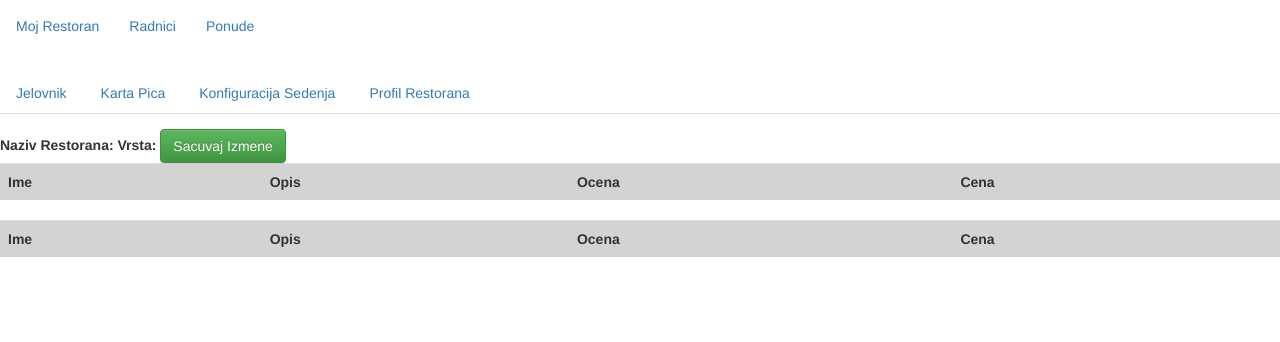
Repository: milanadam94/ISA-2016
Page: jpa-example/src/main/webapp/RestaurantManager/RestaurantManager.html
The author's editor kept a copy of each file at every save. The page is drawn from the files as they stood at one save, then again after the next save.
The browser window is 1280 px wide. The pictures show the whole page.
Some web libraries are served in a nearby version.

Above is the page before, as saved 2017-02-22 20:36:04.
Console error: TypeError: $.cookie is not a function

### jpa-example/src/main/webapp/RestaurantManager/RestaurantManager.html
<!DOCTYPE html>
<html>
<head>
<meta charset="ISO-8859-1">
<title>Menadzer Restorana</title>

<!-- JQUERY -->
<script src="https://code.jquery.com/jquery-3.1.1.js" integrity="sha256-16cdPddA6VdVInumRGo6IbivbERE8p7CQR3HzTBuELA=" crossorigin="anonymous"></script>

<!-- BOOTSTRAP CSS -->
<link rel="stylesheet" href="https://maxcdn.bootstrapcdn.com/bootstrap/3.3.7/css/bootstrap.min.css" integrity="sha384-BVYiiSIFeK1dGmJRAkycuHAHRg32OmUcww7on3RYdg4Va+PmSTsz/K68vbdEjh4u" crossorigin="anonymous">

<!-- BOOTSTRAP THEME -->
<link rel="stylesheet" href="https://maxcdn.bootstrapcdn.com/bootstrap/3.3.7/css/bootstrap-theme.min.css" integrity="sha384-rHyoN1iRsVXV4nD0JutlnGaslCJuC7uwjduW9SVrLvRYooPp2bWYgmgJQIXwl/Sp" crossorigin="anonymous">

<!-- BOOTSTRAP JS -->
<script src="https://maxcdn.bootstrapcdn.com/bootstrap/3.3.7/js/bootstrap.min.js" integrity="sha384-Tc5IQib027qvyjSMfHjOMaLkfuWVxZxUPnCJA7l2mCWNIpG9mGCD8wGNIcPD7Txa" crossorigin="anonymous"></script>

<!-- ANGULAR JS -->
<script src="https://ajax.googleapis.com/ajax/libs/angularjs/1.6.1/angular.js"></script>

<!-- TOASTR -->
<!-- <script src="https://cdnjs.cloudflare.com/ajax/libs/toastr.js/latest/css/toastr.css"></script> -->

</head>
<body ng-app="restManager" ng-controller="restManagerController">
	<nav id="myNavbar" class="navbar">
		<ul class="nav navbar-nav">
			<li><a href="RestaurantManager.html" ng-click="getMyRestaurant()">Moj Restoran</a></li>
			<li><a href="#" ng-click="">Radnici</a></li>
			<li><a href="#" ng-click="">Ponude</a></li>
		</ul>
	</nav>
	<div>
		<div class="form-group">
			<ul class="nav nav-tabs">
				<li><a ng-click="">Jelovnik</a>
				<li><a ng-click="">Karta Pica</a>
				<li><a ng-click="">Konfiguracija Sedenja</a>
				<li><a ng-click="">Profil Restorana</a>
			</ul>
		</div>
		<div id="profilDiv" ng-show="">
			<label>Naziv Restorana: </label>
			<label>Vrsta: </label>
			<button type="submit" class="btn btn-success" ng-click="">Sacuvaj Izmene</button>
		</div>
		<div id="jelovnikDiv" ng-show="">
			<table class="table">
				<tr bgcolor="lightgrey">
					<th>Ime</th>
					<th>Opis</th>
					<th>Ocena</th>
					<th>Cena</th>
				</tr>
				<!--
					<tr ng-repeat="m in managers | orderBy:'name'">
					<td> {{ m.name }} </td>
					<td> {{ m.lastName }} </td>
					<td> {{ m.email }} </td>
				</tr> -->
			</table>
		</div>
		<div id="picaDiv" ng-show="">
			<table class="table">
				<tr bgcolor="lightgrey">
					<th>Ime</th>
					<th>Opis</th>
					<th>Ocena</th>
					<th>Cena</th>
				</tr>
				<!--
					<tr ng-repeat="m in managers | orderBy:'name'">
					<td> {{ m.name }} </td>
					<td> {{ m.lastName }} </td>
					<td> {{ m.email }} </td>
				</tr> -->
			</table>
		</div>

		<div id="konfiguracijaDiv">

		</div>

	</div>
</body>

<!-- ANGULAR SCRIPT -->
<script src="RestaurantManager.js"></script>




</html>

### jpa-example/src/main/webapp/RestaurantManager/RestaurantManager.js
angular.element(document).ready(function () {
    console.log('page loading completed');
});
var restManager = angular.module('restManager', []).config(['$qProvider', '$httpProvider', function ($qProvider, $httpProvider)  {
    $qProvider.errorOnUnhandledRejections(false);

}]).run(['$rootScope', '$http', '$window', function ($rootScope, $http, $window) {

	//namestiti dole u funckcijama gde treba user.email kada se ovo namesti!
	if (typeof $.cookie('user') !== 'undefined') {
		user = JSON.parse($.cookie('user'));

		if(user.userType == "GUEST") {
			$window.location.href = "/GuestPage/GuestPage.html";
		}else if(user.userType == "WAITER"){
			$window.location.href = "/WorkerPage/WaiterPage.html";
		}else if(user.userType == "BARTENDER"){
			$window.location.href = "/WorkerPage/BartenderPage.html";
		}else if(user.userType == "COOK"){
			$window.location.href = "/WorkerPage/CookPage.html";
		}else if(user.userType == "OFFERER"){
			$window.location.href = "/Offerer/Offerer.html";
		}
	}



}]);



restManager.controller('restManagerController', [ '$scope', 'konfService', 'drinkService', 'restaurantInfoService', 'foodService','canvasService', function($scope, konfService, drinkService, restaurantInfoService, foodService, canvasService ){
	toastr.options.timeOut = 2000;
	$scope.newFood = {
			name: "",
			description: "",
			price: 0
	}

	$scope.newDrink = {
			name: "",
			description: "",
			price: 0
	}



	findUser = function(){
		restaurantInfoService.findRestaurantManager().then(
				function(response){
					$scope.user = response.data;

				}

		);
	}

	findUser();

	setShows = function(profilShow, picaShow, jelovnikShow, konfiguracijaShow){
		$scope.profilShow = profilShow;
		if(profilShow){
			$scope.restoranActive = "active";
		}else{
			$scope.restoranActive = "";
		}
		$scope.picaShow = picaShow;

		if(picaShow){
			$scope.kartaPicaActive = "active";
		}else{
			$scope.kartaPicaActive = "";
		}

		$scope.jelovnikShow = jelovnikShow;
		if(jelovnikShow){
			$scope.jelovnikActive = "active";
		}else{
			$scope.jelovnikActive = "";
		}

		$scope.konfiguracijaShow = konfiguracijaShow;
		if(konfiguracijaShow){
			$scope.konfiguracijaActive = "active";
		}else{
			$scope.konfiguracijaActive = "";
		}

	}
	setShows(false,false,false,false);

	$scope.error = false;
	$scope.errorMessage = "";

	restaurantInfoService.getRestaurant().then(
			function(response){
				$scope.restaurant = response.data;

				if(response.data.name == null){
					toastr.error("Restoran nije pronadjen!");
				}
			}
	);


	$scope.getRestaurant = function() {
			if($scope.restaurant.name != null){
				setShows(true, false, false, false);
			}else{
				toastr.error("Restoran nije pronadjen!");
			}

	}


	$scope.getFoods = function(){

		if($scope.restaurant == null || $scope.user.email == null){
			toastr.info("Restoran nije pronadjen");
			return;
		}

		restaurantInfoService.getMenu($scope.user, $scope.restaurant).then(
				function(response){

					if(response.data != null){
						setShows(false, false, true, false);
						$scope.menu = response.data;
					}else{
						toastr.error("Meni nije pronadjen!");
					}

				}
		);

	}

	$scope.changeFood = function(foodID){
		selectedFood = "";

		angular.forEach($scope.menu.foods, function(value){
			if(value.id == foodID){
				selectedFood = value;
			}

		})

		if(selectedFood.name == "" || selectedFood.price < 0 || $scope.restaurant == null){
			toastr.info("Ime ne sme biti prazno. Cena ne sme biti manja od 0");
			return;
		}

		foodService.saveChanges(selectedFood, $scope.menu);

	}


	$scope.addFood = function(){

		if($scope.newFood.name == "" || $scope.newFood.price < 0 || $scope.restaurant == null){
			toastr.info("Ime ne sme biti prazno i cena ne sme biti manja od 0!");
			return;
		}

		foodService.addFood($scope.newFood, $scope.menu);
		restaurantInfoService.getMenu($scope.user, $scope.restaurant).then(
				function(response){

					if(response.data != null){
						$scope.menu = response.data;
						location.reload();
					}else{
						toastr.error("Meni nije pronadjen!");
					}

				}
			);


	}


	$scope.deleteFood = function(foodID){

		foodService.deleteFood(foodID, $scope.menu);
		restaurantInfoService.getMenu($scope.user, $scope.restaurant).then(
			function(response){

				if(response.data != null){
					$scope.menu = response.data;
					location.reload();
				}else{
					toastr.error("Meni nije pronadjen!");
				}

			}
		);


	}



	$scope.getDrinks = function(){

		if($scope.restaurant == null || $scope.user.email == null){
			toastr.info("Restoran nije pronadjen");
			return;
		}

		restaurantInfoService.getMenu($scope.user, $scope.restaurant).then(
				function(response){

					if(response.data != null){
						setShows(false, true, false, false);
						$scope.menu = response.data;
					}else{
						toastr.error("Meni nije pronadjen!");
					}

				}
		);

	}


	$scope.addDrink = function(){

		if($scope.newDrink.name == "" || $scope.newDrink.price < 0 || $scope.restaurant == null){
			toastr.info("Ime ne sme biti prazno i cena ne sme biti manja od 0!");
			return;
		}

		drinkService.addDrink($scope.newDrink, $scope.menu);
		restaurantInfoService.getMenu($scope.user, $scope.restaurant).then(
				function(response){

					if(response.data != null){
						$scope.menu = response.data;
						location.reload();
					}else{
						toastr.error("Meni nije pronadjen!");
					}

				}
			);
	}

	$scope.changeDrink = function(drinkID){
		selectedDrink = "";

		angular.forEach($scope.menu.drinks, function(value){
			if(value.id == drinkID){
				selectedDrink = value;
			}

		})

		if(selectedDrink.name == "" || selectedDrink.price < 0 || $scope.restaurant == null){
			toastr.info("Ime ne sme biti prazno. Cena ne sme biti manja od 0");
			return;
		}

		drinkService.saveChanges(selectedDrink, $scope.menu);

	}

	$scope.deleteDrink = function(drinkID){
		drinkService.deleteDrink(drinkID, $scope.menu);
		restaurantInfoService.getMenu($scope.user, $scope.restaurant).then(
			function(response){

				if(response.data != null){
					$scope.menu = response.data;
					location.reload();
				}else{
					toastr.error("Meni nije pronadjen!");
				}

			}
		);
	}


	// ===============================================================

	$scope.newSegment = {
			name: "",
			smoking: false
	}

	$scope.newTable = {
			seatCount: 0,
			tag: "",
			description: "",
			xCoord: 0,
			yCoord: 0
	}


	$scope.getKonf = function(){


	}


	$scope.addKonfig = function(){

		if($scope.newSegment.name == "" || $scope.restaurant == null){
			toastr.info("Neispravan unos ili restoran nije pronadjen")
			return;
		}

		konfService.addSegment($scope.newSegment, $scope.restaurant.id).then(
				function(response){
					if(response.data == "Error free"){
						toastr.success(response.data);
					}else{
						toastr.info(response.data);
					}

					location.reload();
				}
		);


	}

	restaurantInfoService.loadAllSegments().then(
			function(response){
				$scope.segments = response.data;
			}

	);


	$scope.konfig = function(){
		setShows(false,false,false,true);

		$scope.loadTables();

	}


	$scope.saveRestaurantInfo = function() {

		if($scope.profilShow){
			if($scope.restaurant.name == "" || $scope.restaurant.description == ""){
				$scope.error = true;
				$scope.errorMessage = "Ne moze biti prazno!";
				return;
			}else{
				$scope.error = false;
				$scope.errorMessage = "";
			}
			restaurantInfoService.saveChanges($scope.restaurant, $scope.user);


		}else if ($scope.jelovnikShow) {


		}else if ($scope.piceShow){

		}else if ($scope.konfiguracijaShow){

		}else {
			toastr.error("Error! Nothing selected.");
		}

	}

	// KANVAS ====================================================
	$scope.myNewSegment = "";


	$scope.draw = function(event) {
    	var canvas = document.getElementById('canvas');
    	var context = canvas.getContext('2d');

    	var rect = canvas.getBoundingClientRect();
        var x = event.clientX - rect.left;
        var y = event.clientY - rect.top; var rect = canvas.getBoundingClientRect(),
        scaleX = canvas.width / rect.width,    // relationship bitmap vs. element for X
        scaleY = canvas.height / rect.height;  // relationship bitmap vs. element for Y

	    x = (event.clientX - rect.left) * scaleX,   // scale mouse coordinates after they have
	    y = (event.clientY - rect.top) * scaleY     // been adjusted to be relative to element
	    //  context.clearRect(0, 0, canvas.width, canvas.height);

	    xIndex = x/30.0 + 1;
	    yIndex = y/30.0 + 1;
	    xIndex = Math.floor(xIndex);
	    yIndex = Math.floor(yIndex);

		startX = x/30.0 + 1;
	    startY = y/30.0 + 1;
	    startX = Math.floor(startX)*30 -30;
	    startY = Math.floor(startY)*30 -30;

	    $scope.newTable.xCoord = xIndex;
	    $scope.newTable.yCoord = yIndex;


	    $scope.newTableShow = true;
	    $scope.deleteTableButtonShow = false;

	    $scope.restaurantTables.forEach(function(table) {
			if(table.xCoord == xIndex && table.yCoord == yIndex){
				$scope.newTableShow = false;
				$scope.deleteTableButtonShow = true;
			}
		});


  }

	$scope.restaurantTables = [];

	$scope.loadTables = function() {

		$scope.newTableShow = false;
		var canvas = document.getElementById('canvas');
    	var context = canvas.getContext('2d');
    	context.clearRect(0, 0, canvas.width, canvas.height);

    	for(var j = 0; j < 5; j++)
    	{
	    	for(var i=0; i < 10; i++)
	    	{
	    		context.rect(i*30 ,j*30 ,30,30);
	            context.stroke();
	    	}
    	}


    	canvasService.getAllTables().then(
    			function(response){
    				$scope.restaurantTables = response.data;
    				$scope.restaurantTables.forEach(function(table) {
    					x = parseFloat(table.xCoord)*30 - 30;
    					y = parseFloat(table.yCoord)*30 - 30;
    					context.globalAlpha = 1.0;
    					context.fillStyle="#000000";
    					context.font="20px Arial";
    					context.fillText(table.tag, x + 8, y + 22);
    				});
    			}
    	);




	}



	$scope.addTable = function(){

		if($scope.newTable.seatCount < 0 || $scope.newTable.seatCount > 20 ||
				$scope.newTable.tag == "" || $scope.myNewSegment == ""){
			toastr.info("Los unos!");
			return;
		}

		if($scope.newTable.tag.length > 2){
			toastr.info("Oznaka moze imati maksimalno 2 karaktera!");
			return;
		}


		canvasService.addTable($scope.newTable, $scope.myNewSegment).then(
				function(response){
					if(response.data == "Error free"){
						toastr.success(response.data);
					}else{
						toastr.info(response.data);
					}
					location.reload();
				}
		);

	}


	$scope.deleteTable = function(){
		flag = false;

		$scope.restaurantTables.forEach(function(table) {
			if(table.xCoord == $scope.newTable.xCoord && table.yCoord == $scope.newTable.yCoord){
				flag = true;
			}
		});

		if(!flag){
			toastr.info("Niste selektovali sto");
			return;
		}

		canvasService.deleteTable($scope.newTable);


	}

	$scope.logout = function(){
		restaurantInfoService.logout();
	}


}]);








restManager.service('restaurantInfoService',['$window', '$http', function($window, $http){

	this.logout = function() {
		user = $.cookie("user");
		$http({
			method : 'PUT',
			data : user,
			url : "../user/logout"
		}).then(function success(response) {

		}, function error(response) {

		});
		$.removeCookie('user', {
			path : '/',
			domain : ''
		});
		$window.location.href = '/StartPage/StartPage.html';
	}



	this.loadAllSegments = function(){
		user = JSON.parse($.cookie('user'));
		return $http({
			  method: 'GET',
		      url : "../restManager/loadAllSegments/"+user.email
		});

	}


	this.getRestaurant = function(){
		user = JSON.parse($.cookie('user'));
		return $http.get("../restManager/myRestaurant/"+user.email);
	}

	this.findRestaurantManager = function(){
		user = JSON.parse($.cookie('user'));
		return $http({
			  method: 'GET',
		      url : "../restManager/getUser/"+user.email
		});
	}

	this.saveChanges = function(restaurant, user){
		user = JSON.parse($.cookie('user'));

		$http({
			  method: 'POST',
			  data : restaurant,
		      url : "../restManager/saveRestaurantInfo/"+user.email
		}).then(function success(response) {
					toastr.success("Uspesna promena!");
			  }, function error(response) {
				    toastr.error("Error!");
			  }
			);
	};

	this.getMenu = function (user, restaurant){
		user = JSON.parse($.cookie('user'));
		return $http({
			method: 'POST',
			data : restaurant,
			url: "../restManager/getMenu/"+user.email
		});
	}


}]);

restManager.service('foodService',['$window', '$http', function($window, $http){

	this.saveChanges = function (food, menu){
		$http({
			method: 'POST',
			data: food,
			url: "../restManager/changeFood/" + menu.id
		}).then(function success() {
				toastr.success("Uspesno promenjeno!");
		  }, function error() {
			  	toastr.error("Error!");
		  }

		);
	}

	this.addFood = function (newFood, menu){
		$http({
			method: 'POST',
			data: newFood,
			url: "../restManager/addFood/"+menu.id
		});

	}

	this.deleteFood = function (foodID, menu){
		user = JSON.parse($.cookie('user'));
		$http({
			method: 'DELETE',
			url: "../restManager/deleteFood/"+foodID+"/"+menu.id
		});
	}

}]);

restManager.service('drinkService', ['$window', '$http', function($window, $http){
	user = JSON.parse($.cookie('user'));

	this.saveChanges = function (drink, menu){
		$http({
			method: 'POST',
			data: drink,
			url: "../restManager/changeDrink/" + menu.id
		}).then(function success() {
				toastr.success("Uspesno promenjeno!");
		  }, function error() {
			  	toastr.error("Error!");
		  }

		);
	}

	this.deleteDrink = function(drinkID, menu){
		$http({
			method: 'DELETE',
			url: "../restManager/deleteDrink/"+drinkID+"/"+menu.id
		});
	}

	this.addDrink = function (newDrink, menu){
		$http({
			method: 'POST',
			data: newDrink,
			url: "../restManager/addDrink/"+menu.id
		});
	}

}]);

restManager.service('konfService', ['$window', '$http', function($window, $http){

	this.addSegment = function(newSegment, restoranID){
		return $http({
			method: 'POST',
			data: newSegment,
			url: "../restManager/addSegment/"+restoranID
		});

	}

	this.getKonf;
	this.saveChanges;
	this.addKonf;

}]);


restManager.service('canvasService', ['$window', '$http', function($window, $http){

	this.addTable = function(newTable, segmentID){
		user = JSON.parse($.cookie('user'));
		return $http({
			method: 'POST',
			data: newTable,
			url: "../restManager/addTable/"+segmentID+"/"+user.email
		});
	}

	this.getAllTables = function(){
		user = JSON.parse($.cookie('user'));
		return $http({
			method: 'GET',
			url: "../restManager/getAllTables/"+user.email
		});
	}


	this.deleteTable = function (newTable){
		$http({
			method: 'POST',
			data: newTable,
			url: "../restManager/deleteTable"
		}).then(
				function success(){
					location.reload();
				},
				function error(){
					toastr.error("Error!");
				}
		);
	}


}]);

After the next save:
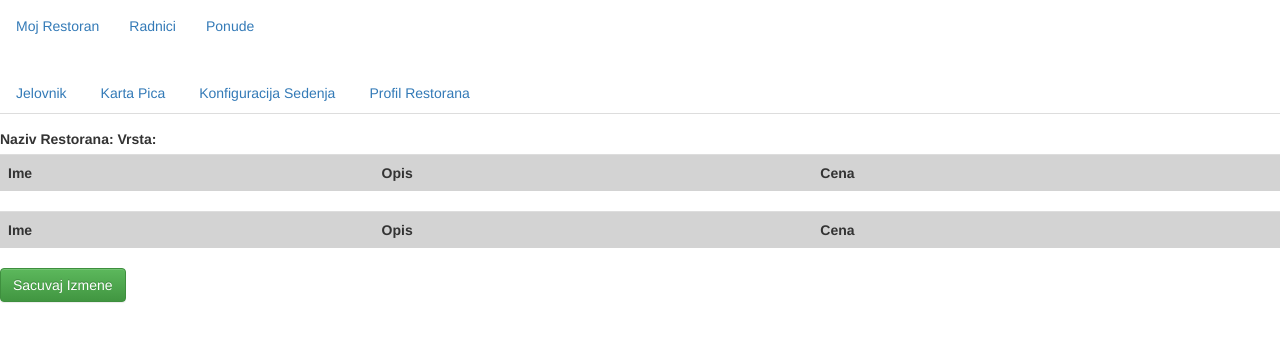
Saved 16 min 27 s later.
--- a/jpa-example/src/main/webapp/RestaurantManager/RestaurantManager.html
+++ b/jpa-example/src/main/webapp/RestaurantManager/RestaurantManager.html
@@ -43,14 +43,12 @@
 		<div id="profilDiv" ng-show="">
 			<label>Naziv Restorana: </label>
 			<label>Vrsta: </label>
-			<button type="submit" class="btn btn-success" ng-click="">Sacuvaj Izmene</button>
 		</div>
 		<div id="jelovnikDiv" ng-show="">
 			<table class="table">
 				<tr bgcolor="lightgrey">
 					<th>Ime</th>
 					<th>Opis</th>
-					<th>Ocena</th>
 					<th>Cena</th>
 				</tr>
 				<!--
@@ -66,7 +64,6 @@
 				<tr bgcolor="lightgrey">
 					<th>Ime</th>
 					<th>Opis</th>
-					<th>Ocena</th>
 					<th>Cena</th>
 				</tr>
 				<!--
@@ -82,6 +79,7 @@
 
 		</div>
 
+		<button type="submit" class="btn btn-success" ng-click="">Sacuvaj Izmene</button>
 	</div>
 </body>
 
